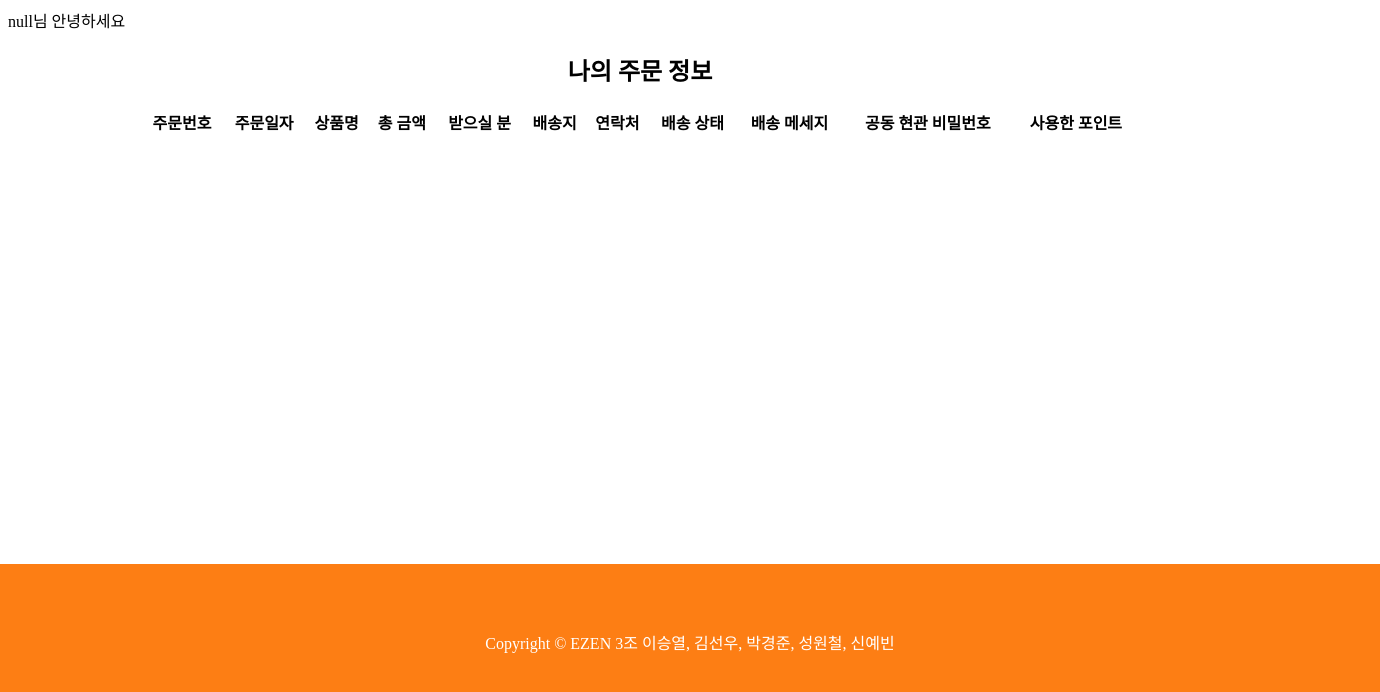
Repository: Nowon-WebProject/mealKit_webSite
Page: http://localhost/TeamProject/purchaseOkInfo.jsp
The author's editor kept a copy of each file at every save. The page is drawn from the files as they stood at one save, then again after the next save.
The browser window is 1280 px wide. The page is 1380 px wide, so the pictures cover 1380 px, including what lies to the right of the window. The pictures show the whole page.
The page is served by Tomcat 9. Nobody is signed in. The application's start-up code is not run. Other server files are loaded and not shown. The template is opened directly, without the code that normally fills it, so the values that code supplies are empty.

Above is the page before, as saved 2022-05-16 06:09:40.

### TeamProject/WebContent/purchaseOkInfo.jsp
<%@ page language="java" contentType="text/html; charset=UTF-8"
	pageEncoding="UTF-8"%>
<%@ taglib prefix="c" uri="http://java.sun.com/jsp/jstl/core"%>
<%@ taglib prefix="fmt" uri="http://java.sun.com/jsp/jstl/fmt"%>
<!DOCTYPE html>
<html>
<head>
<meta charset="UTF-8">
<title>Insert title here</title>
</head>
<body>
	<%= session.getAttribute("userid")%>님 안녕하세요<br>
	<div align="center">
	<h2>나의 주문 정보</h2>
		<table width="1000">
			<tr>
				<th colspan="2">주문번호</th>
				<th>주문일자</th>
				<th>상품명</th> <!-- ~외 ~건 -->
				<th>총 금액</th> <!-- 배송비포함 -->
				<th>받으실 분</th>
				<th>배송지</th> <!-- 우편주소, 도로명~상세주소 -->
				<th>연락처</th>
				<th>배송 상태</th> <!--  기본 결제완료 -->
				<th>배송 메세지</th>
				<th>공동 현관 비밀번호</th>
				<th>사용한 포인트</th>
			</tr>
			<c:forEach var="purchase" items="${plist}">
				<tr>
					<td>${purchase.purchase_seq}</td>
					<td>${purchase.purchase_date}</td>
					<td>${purchase.item_name}</td>
					<td>&#92;<fmt:formatNumber value="${purchase.total_price}" pattern="#,##0" /></td>
					<td>${purchase.deli_name}</td>
					<td>${purchase.deli_addr}</td>
					<td>${purchase.deli_phone}</td>
					<td>${purchase.deli_status}</td>
					<td>${purchase.deli_msg}</td>
					<td>${purchase.deli_pwd}</td>
					<td>${purchase.usePoint}</td>
				</tr>
			</c:forEach>
		</table>
	</div>
	<jsp:include page="footer.jsp"></jsp:include>
</body>
</html>

### TeamProject/WebContent/footer.jsp
<%@ page language="java" contentType="text/html; charset=UTF-8"
    pageEncoding="UTF-8"%>
<!DOCTYPE html>
<html>
<head>
<meta charset="UTF-8">
<title>Insert title here</title>
<style style="text/css">
html {
	position: relative;
	min-height: 100%;
	height:110px;

}
footer {
    position: absolute;
    left: 0;
    bottom: 0;
    width: 100%;
    padding: 50px;
    text-align: center;
    color: white;
    background-color: #fd7e14;
}

</style>
</head>
<body>
 <footer>
		<div>
			<p>Copyright &copy; EZEN 3조
				이승열, 김선우, 박경준, 성원철, 신예빈</p>
		</div>
	</footer>
</body>
</html>

After the next save:
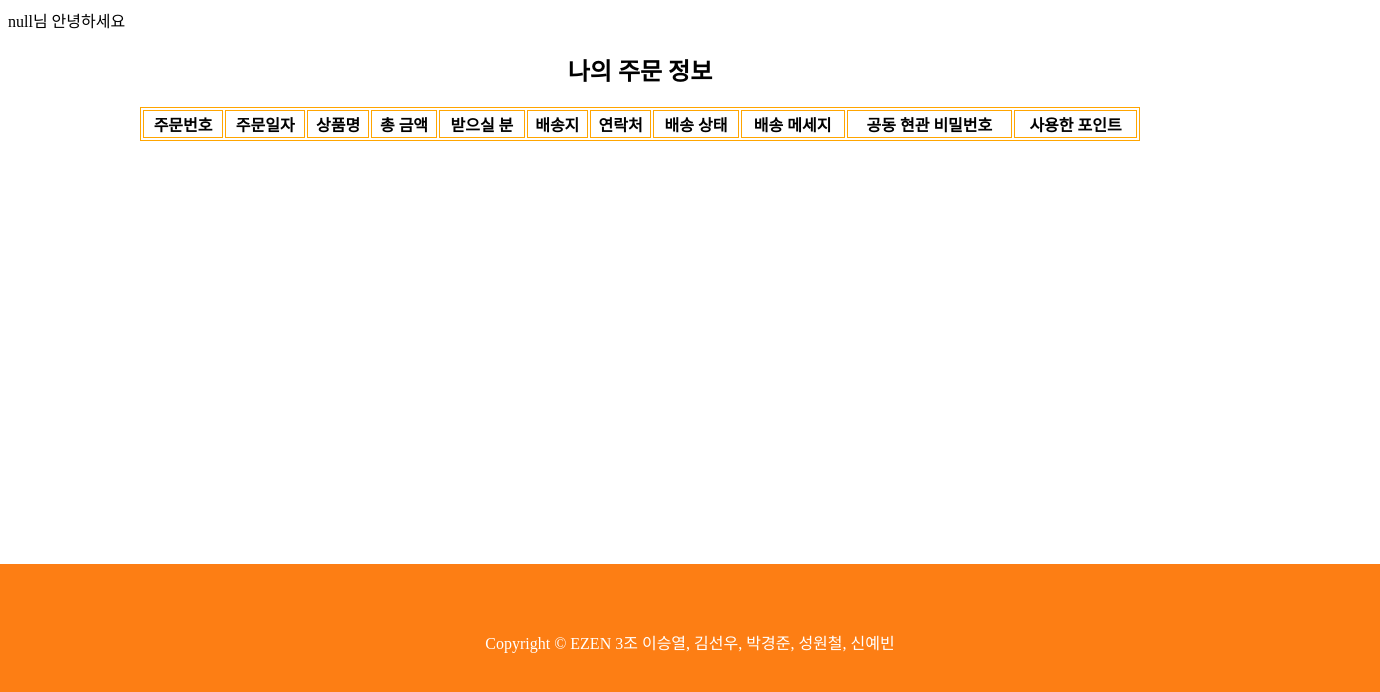
Saved 25 s later.
--- a/TeamProject/WebContent/purchaseOkInfo.jsp
+++ b/TeamProject/WebContent/purchaseOkInfo.jsp
@@ -7,6 +7,13 @@
 <head>
 <meta charset="UTF-8">
 <title>Insert title here</title>
+<style type="text/css">
+table,
+th,
+td{
+border:1px solid orange;
+}
+</style>
 </head>
 <body>
 	<%= session.getAttribute("userid")%>님 안녕하세요<br>
